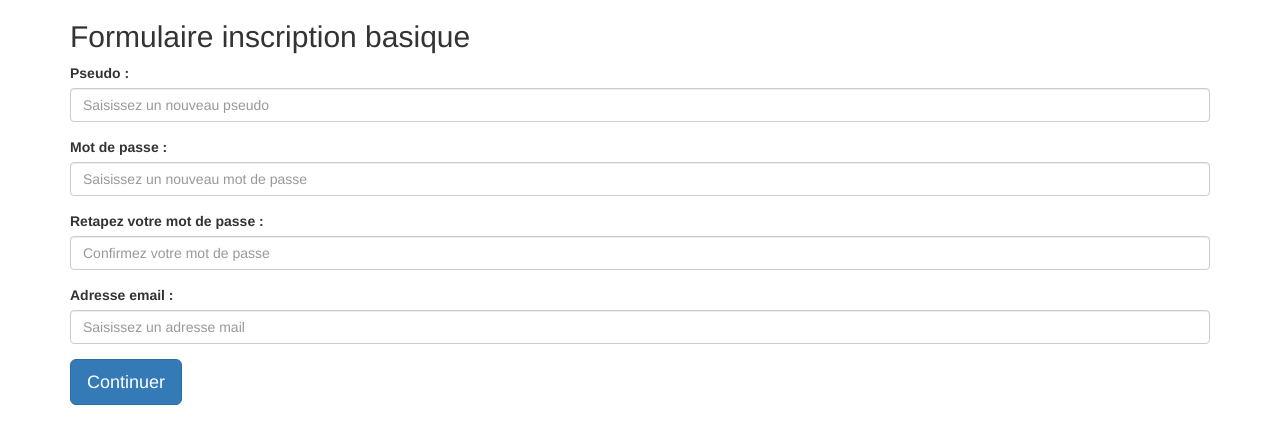
Repository: lemzoo/formation_Java8
Page: EspaceMembre/srcHTML/formulaireInscriptionBasique.html
These files come from the project's save history. The page is drawn as it stood at one moment and after the next save; the edit follows.
The browser window is 1280 px wide. The pictures show the whole page.

Above is the page before, as saved 2016-06-10 10:44:09.

### EspaceMembre/srcHTML/formulaireInscriptionBasique.html
<!DOCTYPE html>
<html lang="en">
<head>
  <title>Formulaire Inscription</title>
  <meta charset="utf-8">
  <meta name="viewport" content="width=device-width, initial-scale=1">
  <link rel="stylesheet" href="http://maxcdn.bootstrapcdn.com/bootstrap/3.3.6/css/bootstrap.min.css">
  <script src="https://ajax.googleapis.com/ajax/libs/jquery/1.12.2/jquery.min.js"></script>
  <script src="http://maxcdn.bootstrapcdn.com/bootstrap/3.3.6/js/bootstrap.min.js"></script>
</head>
<body>

<div class="container">
  <h2>Formulaire inscription basique</h2>
  <form role="form" method="POST" action="../srcPHP/ajouterMembre.php">
    <div class="form-group">
      <label for="pseudoSaisi">Pseudo :</label>
      <input type="text" class="form-control" name="pseudoSaisi" placeholder="Saisissez un nouveau pseudo">
    </div>

    <div class="form-group">
      <label for="passwordSaisi1">Mot de passe :</label>
      <input type="password" class="form-control" name="passwordSaisi1" placeholder="Saisissez un nouveau mot de passe">
    </div>

    <div class="form-group">
      <label for="passwordSaisi2">Retapez votre mot de passe :</label>
      <input type="password" class="form-control" name="passwordSaisi2" placeholder="Confirmez votre mot de passe">
    </div>

    <div class="form-group">
      <label for="emailSaisi">Adresse email :</label>
      <input type="email" class="form-control" name="emailSaisi" placeholder="Saisissez un adresse mail">
    </div>

    <button type="submit" class="btn btn-lg btn-primary">Continuer</button>
  </form>
</div>

</body>
</html>

After the next save:
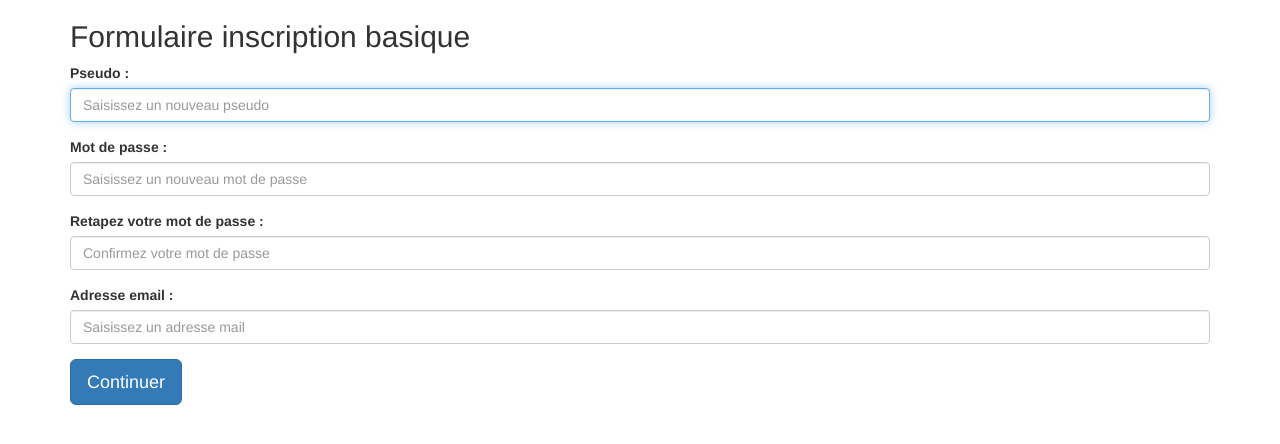
Saved 57 s later.
--- a/EspaceMembre/srcHTML/formulaireInscriptionBasique.html
+++ b/EspaceMembre/srcHTML/formulaireInscriptionBasique.html
@@ -15,22 +15,22 @@
   <form role="form" method="POST" action="../srcPHP/ajouterMembre.php">
     <div class="form-group">
       <label for="pseudoSaisi">Pseudo :</label>
-      <input type="text" class="form-control" name="pseudoSaisi" placeholder="Saisissez un nouveau pseudo">
+      <input type="text" class="form-control" name="pseudoSaisi" placeholder="Saisissez un nouveau pseudo" required="required" autofocus="autofocus">
     </div>
 
     <div class="form-group">
       <label for="passwordSaisi1">Mot de passe :</label>
-      <input type="password" class="form-control" name="passwordSaisi1" placeholder="Saisissez un nouveau mot de passe">
+      <input type="password" class="form-control" name="passwordSaisi1" placeholder="Saisissez un nouveau mot de passe" required="required" autofocus="autofocus">
     </div>
 
     <div class="form-group">
       <label for="passwordSaisi2">Retapez votre mot de passe :</label>
-      <input type="password" class="form-control" name="passwordSaisi2" placeholder="Confirmez votre mot de passe">
+      <input type="password" class="form-control" name="passwordSaisi2" placeholder="Confirmez votre mot de passe" required="required" autofocus="autofocus">
     </div>
 
     <div class="form-group">
       <label for="emailSaisi">Adresse email :</label>
-      <input type="email" class="form-control" name="emailSaisi" placeholder="Saisissez un adresse mail">
+      <input type="email" class="form-control" name="emailSaisi" placeholder="Saisissez un adresse mail" required="required" autofocus="autofocus">
     </div>
 
     <button type="submit" class="btn btn-lg btn-primary">Continuer</button>
